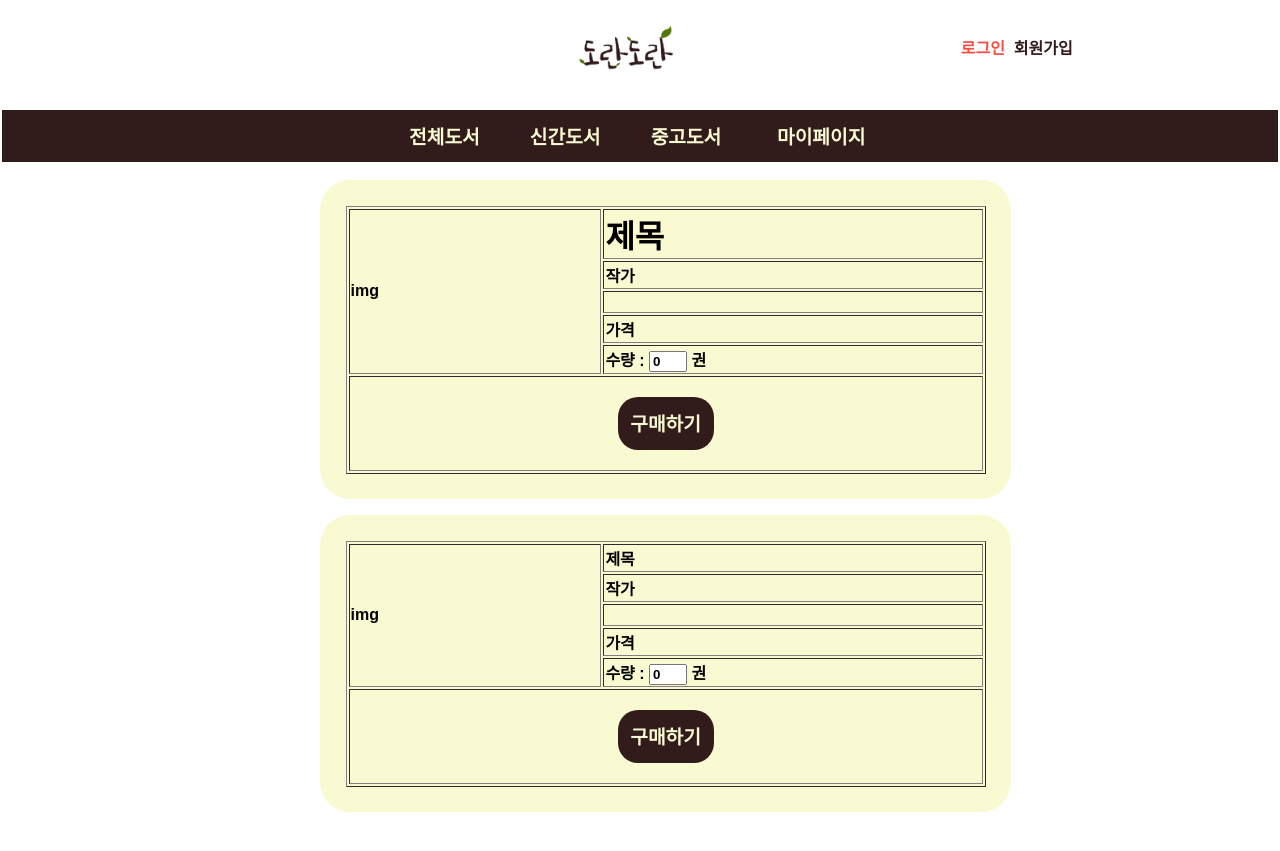
Repository: juhyun110701/DORANDORAN
Page: http://localhost/dorandoran/bookView.jsp
An editor plug-in stored every save of this project. The page is shown before and after the next save, followed by the edit.
The browser window is 1280 px wide. The pictures show the whole page.
Some web fonts or font styles are not loaded; a fallback is used. The page is served by Tomcat 9.

Above is the page before, as saved 2019-07-31 12:36:30.

After the next save:
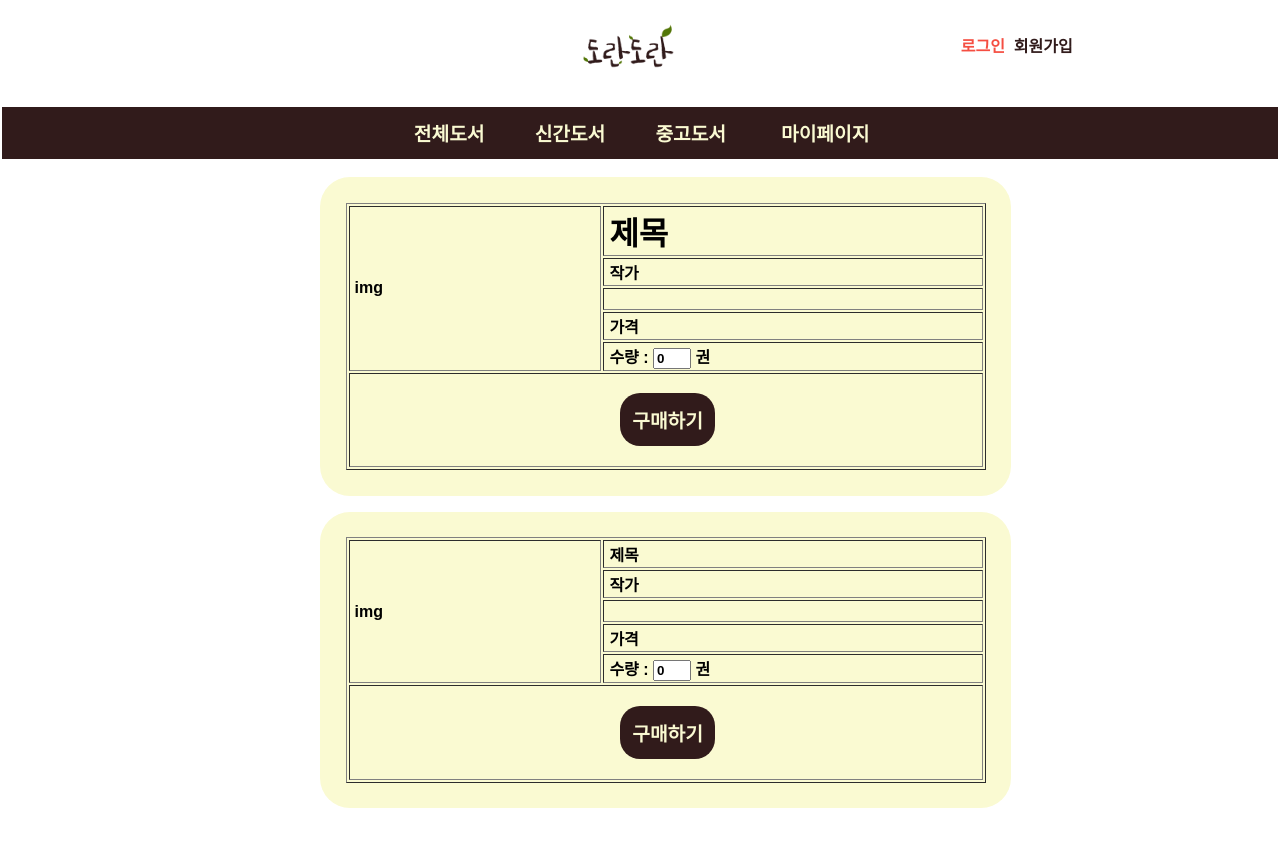
Saved 28 s later.
--- a/dorandoran/WebContent/css/bookView.css
+++ b/dorandoran/WebContent/css/bookView.css
@@ -41,3 +41,7 @@ a{
 #title{
 	font-size:200%;
 }
+
+td{
+	padding-left:5px;
+}
